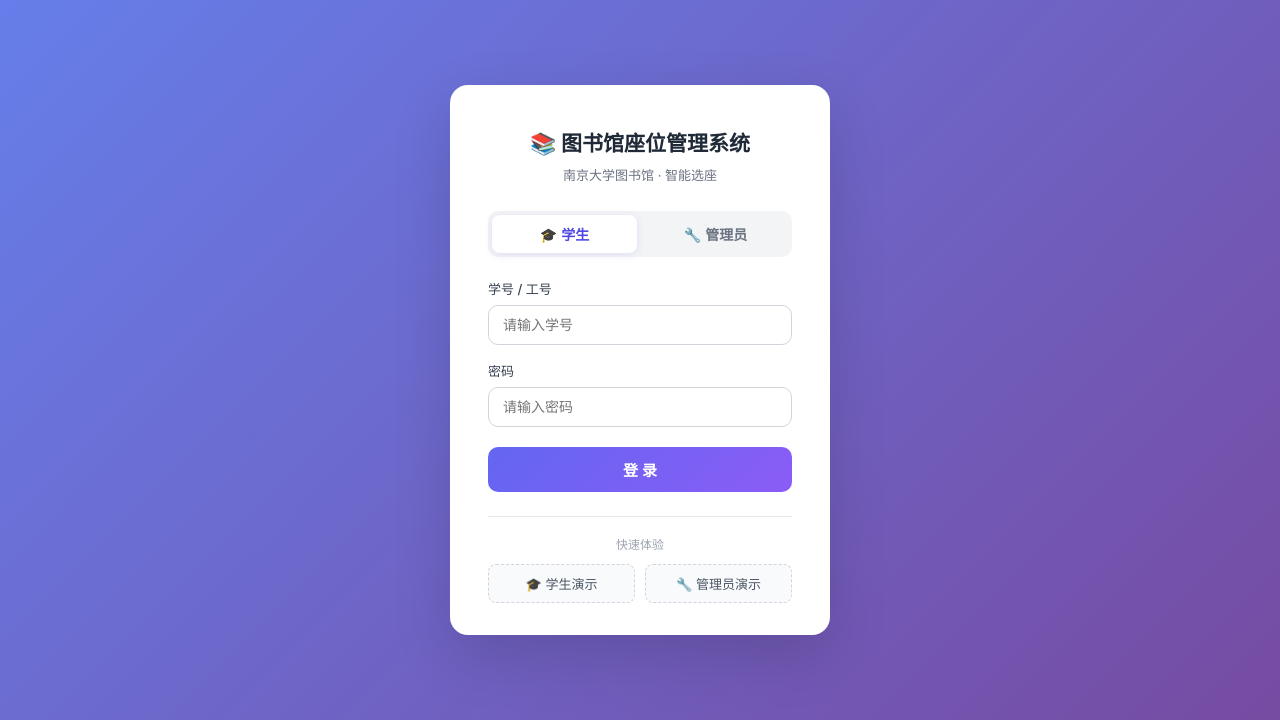
Repository: kinyono/library_seat_system
Page: index.html
An editor plug-in stored every save of this project. The page is shown before and after the next save, followed by the edit.
The browser window is 1280 px wide. The pictures show the whole page.

Above is the page before, as saved 2026-10-12 10:03:20.

After the next save:
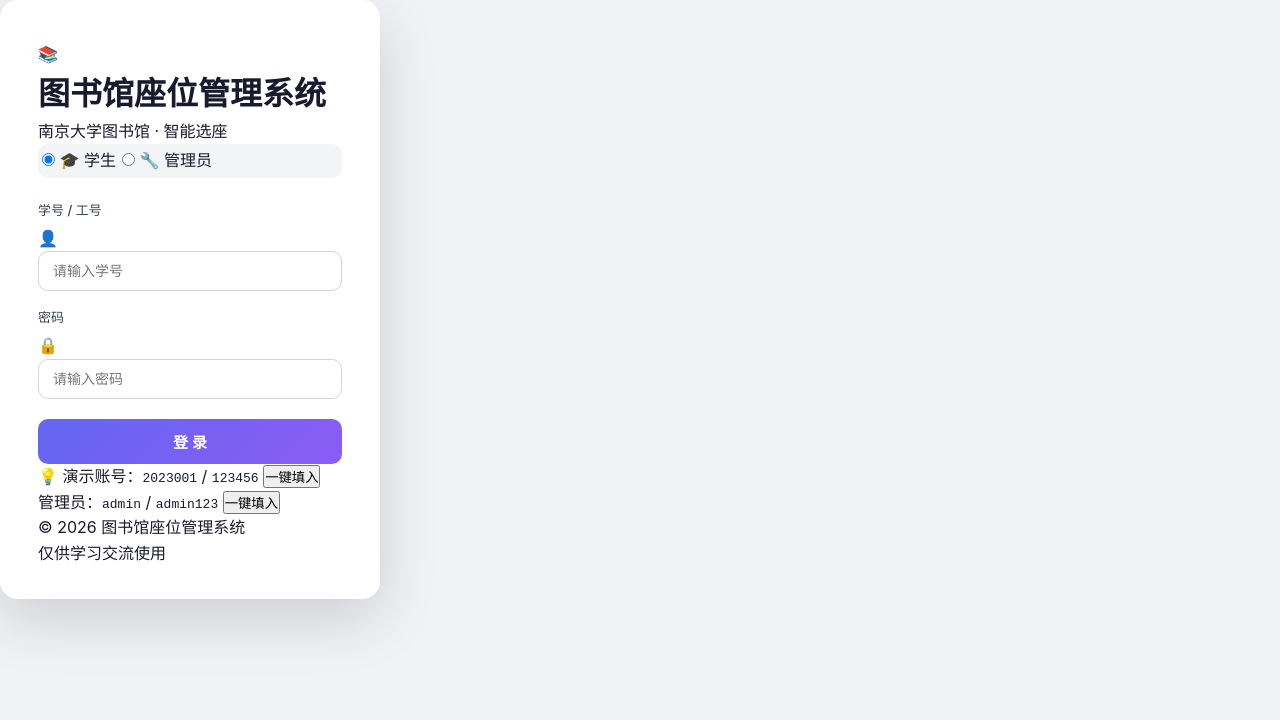
Saved 3 min 29 s later.
--- a/index.html
+++ b/index.html
@@ -8,40 +8,65 @@
     <link rel="stylesheet" href="css/login.css">
 </head>
 <body>
-    <div class="login-page">
+    <!-- 背景装饰 -->
+    <div class="login-bg">
+        <div class="bg-shape shape-1"></div>
+        <div class="bg-shape shape-2"></div>
+        <div class="bg-shape shape-3"></div>
+    </div>
+
+    <div class="login-container">
         <div class="login-card">
-            <div class="login-header">
-                <h1>📚 图书馆座位管理系统</h1>
-                <p class="subtitle">南京大学图书馆 · 智能选座</p>
+            <div class="login-brand">
+                <div class="brand-logo">📚</div>
+                <h1>图书馆座位管理系统</h1>
+                <p class="brand-sub">南京大学图书馆 · 智能选座</p>
             </div>
 
-            <!-- 角色切换 -->
+            <!-- 角色切换（radio 风格） -->
             <div class="role-switch">
-                <button class="role-btn active" data-role="student" onclick="switchRole('student')">🎓 学生</button>
-                <button class="role-btn" data-role="admin" onclick="switchRole('admin')">🔧 管理员</button>
+                <label class="role-option active">
+                    <input type="radio" name="role" value="student" checked onchange="switchRole('student')">
+                    <span class="role-icon">🎓</span> 学生
+                </label>
+                <label class="role-option">
+                    <input type="radio" name="role" value="admin" onchange="switchRole('admin')">
+                    <span class="role-icon">🔧</span> 管理员
+                </label>
             </div>
 
             <!-- 登录表单 -->
             <form id="loginForm" class="login-form">
                 <div class="form-group">
                     <label for="username">学号 / 工号</label>
-                    <input type="text" id="username" class="form-control" placeholder="请输入学号" required autocomplete="off">
+                    <div class="input-wrap">
+                        <span class="input-icon">👤</span>
+                        <input type="text" id="username" class="form-control" placeholder="请输入学号" required autocomplete="off">
+                    </div>
                 </div>
                 <div class="form-group">
                     <label for="password">密码</label>
-                    <input type="password" id="password" class="form-control" placeholder="请输入密码" required>
+                    <div class="input-wrap">
+                        <span class="input-icon">🔒</span>
+                        <input type="password" id="password" class="form-control" placeholder="请输入密码" required>
+                    </div>
                 </div>
                 <div id="loginError" class="login-error" style="display:none;"></div>
-                <button type="submit" class="btn btn-primary btn-login">登 录</button>
+                <button type="submit" class="btn btn-primary btn-login" id="loginBtn">登 录</button>
             </form>
 
-            <!-- 演示账号快捷入口 -->
-            <div class="demo-accounts">
-                <p class="demo-title">快速体验</p>
-                <div class="demo-buttons">
-                    <button class="demo-btn student-demo" onclick="fillDemo('student')">🎓 学生演示</button>
-                    <button class="demo-btn admin-demo" onclick="fillDemo('admin')">🔧 管理员演示</button>
-                </div>
+            <!-- 演示提示 -->
+            <div class="demo-tip">
+                💡 演示账号：<code>2023001</code> / <code>123456</code>
+                <button class="demo-fill" onclick="fillDemo('student')">一键填入</button>
+                <br>
+                管理员：<code>admin</code> / <code>admin123</code>
+                <button class="demo-fill" onclick="fillDemo('admin')">一键填入</button>
+            </div>
+
+            <div class="login-footer">
+                <p>© 2026 图书馆座位管理系统</p>
+                <p class="copyright">仅供学习交流使用</p>
             </div>
         </div>
     </div>
